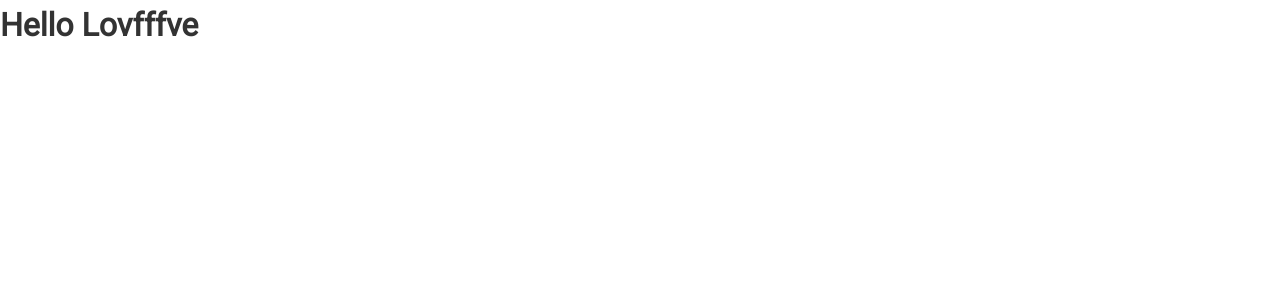
Repository: messimacky/github-finder
Page: /
An editor plug-in stored every save of this project. The page is shown before and after the next save, followed by the edit.
The browser window is 1280 px wide. The pictures show the whole page.
The project was rebuilt for these pictures with package versions that can differ from the ones it lists, and the page was loaded fresh each time.

Above is the page before, as saved 2022-02-20 16:53:59.

After the next save:
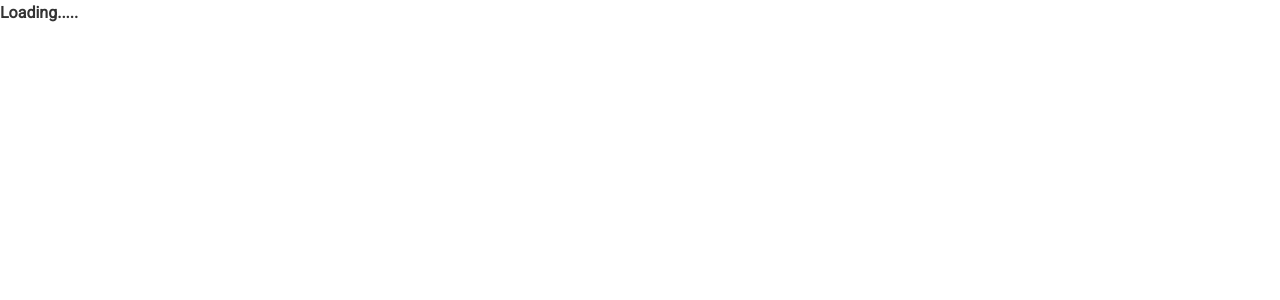
Saved 64 s later.
--- a/src/App.js
+++ b/src/App.js
@@ -6,6 +6,10 @@
 render(){
   const name = "Lovfffve";
   const loading=true;
+  if(loading)
+  {
+    return <h4> Loading.....</h4>
+  }
  return (
     <div className='App'>
     <h1> Hello {name}</h1>

After the 2 saves that followed:
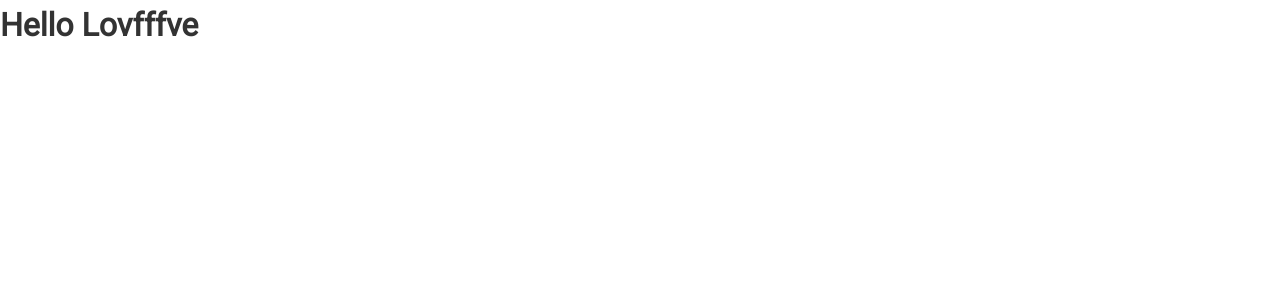
The 2 saves are shown as one change because 1 did not build or start.
The last was saved 26 s later.
--- a/src/App.js
+++ b/src/App.js
@@ -5,7 +5,7 @@
 
 render(){
   const name = "Lovfffve";
-  const loading=true;
+  const loading=false;
   if(loading)
   {
     return <h4> Loading.....</h4>
